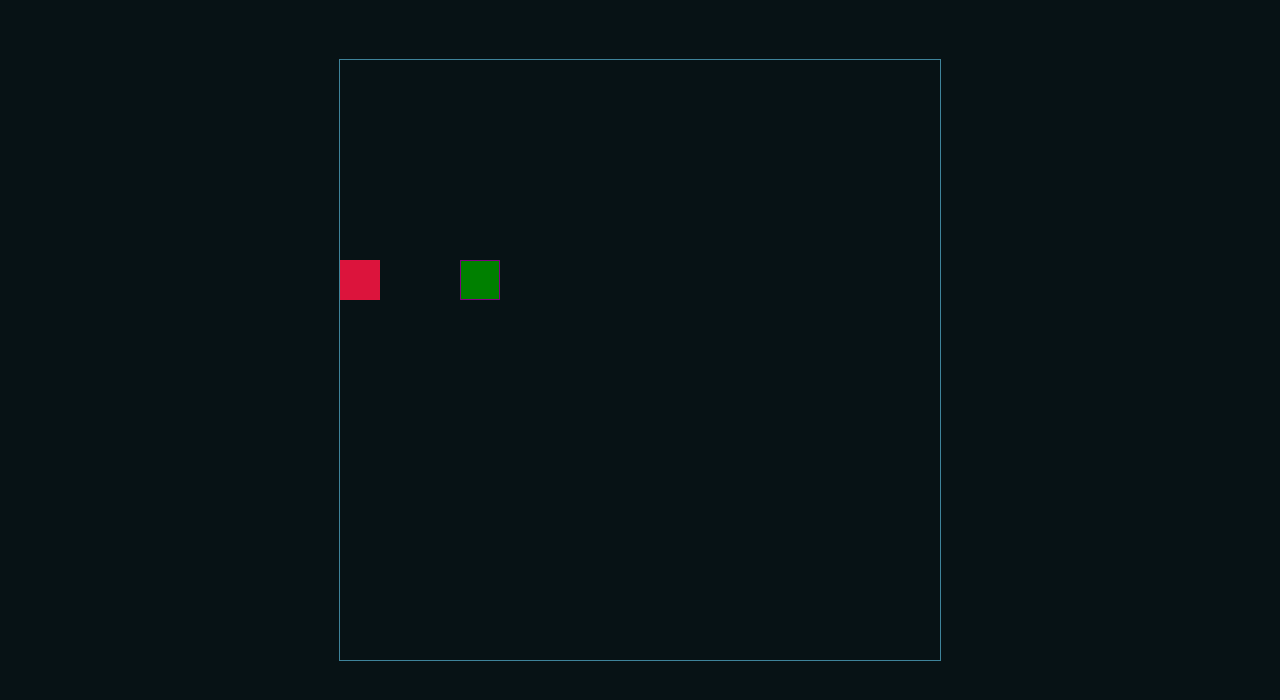
Repository: rehans-Life/linkedlist-snake-game
Page: /
These files come from the project's save history. The page is drawn as it stood at one moment and after the next save; the edit follows.
The browser window is 1280 px wide. The pictures show the whole page.
The project was rebuilt for these pictures with package versions that can differ from the ones it lists, and the page was loaded fresh each time. The framework's server and built-in components were replaced by stand-ins that run in the browser. Also part of the build but not shown: next.config.js.

Above is the page before, as saved 2023-04-16 00:09:41.

### pages/index.js
import Head from "next/head";
import styles from "../styles/Home.module.css";
import Board from "../components/Board";

export default function Home() {
  return (
    <div className={styles.container}>
      <Head>
        <title>Linked List Snake Game</title>
        <meta name="description" content="linked list snake game" />
        <link rel="icon" href="/favicon.ico" />
      </Head>
      <Board />
    </div>
  );
}

### styles/globals.css
html,
body {
  padding: 0;
  margin: 0;
  font-family: -apple-system, BlinkMacSystemFont, Segoe UI, Roboto, Oxygen,
    Ubuntu, Cantarell, Fira Sans, Droid Sans, Helvetica Neue, sans-serif;
}

a {
  color: inherit;
  text-decoration: none;
}

* {
  box-sizing: border-box;
}

button {
  margin: 0;
  padding: 0;
}

### styles/Home.module.css
.container {
  background-color: rgb(7, 18, 21);
  height: 100vh;
  display: flex;
  align-items: center;
  justify-content: center;
}

.board {
  border: 1px solid rgb(62, 131, 154);
}

.row {
  display: flex;
  align-items: center;
  justify-content: center;
}

.cell {
  width: 40px;
  height: 40px;
}

.snake_cell {
  background-color: green;
  border: 1px solid purple;
}

.food_cell {
  background-color: crimson;
}

.reverse_cell {
  background-color: purple;
}

### components/Board.jsx
/* eslint-disable react-hooks/exhaustive-deps */
import React, { useEffect, useState } from "react";
import styles from "../styles/Home.module.css";
import { createBoard, randomIntInIntervel } from "../utils";

const BOARD_SIZE = 10;

// A Class to represent each node of the linked list
class Node {
  constructor(value, row, col) {
    this.value = value;
    this.row = row;
    this.col = col;
    this.next = null;
  }
}

// A class to represent the singly linked list
class SinglyLinkedList {
  constructor(head) {
    let node = new Node(head.value, head.row, head.col);
    this.head = node;
    this.tail = node;
  }
}

const Direction = {
  UP: "UP",
  RIGHT: "RIGHT",
  DOWN: "DOWN",
  LEFT: "LEFT",
};

export default function Board() {
  const [board, setBoard] = useState(createBoard(15));

  // A set to store the values of all snake cells intially our snake will be of size
  // one cell and start from the 44th cells.
  const [snakeCells, setSnakeCells] = useState(new Set([80]));

  // A linked list for our snake initally going to have only one node which
  // is at cell 44.
  const [linkedlist, setLinkedList] = useState(
    new SinglyLinkedList({ value: 80, row: 5, col: 4 })
  );

  const [foodCell, setFoodCell] = useState(85);
  const [direction, setDirection] = useState(Direction.RIGHT);

  const [reverseLinkedList, setReverseLinkedList] = useState(false);

  useEffect(() => {
    window.addEventListener("keydown", (e) => {
      handleKeyDown(e.key);
    });
    let gameStartInternal = setInterval(() => {
      setLinkedList((currLinkedList) => moveLinkedList(currLinkedList));
    }, 250);
    return () => {
      clearInterval(gameStartInternal);
    };
  }, [direction, foodCell, snakeCells]);

  useEffect(() => {
    setSnakeCells((currSnakeCells) => moveSnakeCells(currSnakeCells));
  }, [linkedlist]);

  function handleKeyDown(key) {
    const direction = getDirectionFromKey(key);
    if (direction === "") return;
    setDirection(direction);
  }

  const getDirectionFromKey = (key) => {
    if (key === "ArrowUp") return Direction.UP;
    if (key === "ArrowRight") return Direction.RIGHT;
    if (key === "ArrowDown") return Direction.DOWN;
    if (key === "ArrowLeft") return Direction.LEFT;
    return "";
  };

  function moveLinkedList(originalLinkedlist) {
    let linkedList = copyLinkedList(originalLinkedlist);
    let currHead = linkedList.head;
    let newHead = createNewNodeInDirection(board, currHead);

    if (!newHead) {
      setFoodCell(85);
      setDirection(Direction.RIGHT);
      return new SinglyLinkedList({ value: 80, row: 5, col: 4 });
    }

    currHead.next = newHead;
    if (newHead.value === foodCell) {
      if (reverseLinkedList) {
        let reversedLinkedList = createReverseLinkedList(linkedList);
        let newDirection =
          direction === "RIGHT"
            ? "LEFT"
            : direction === "LEFT"
            ? "RIGHT"
            : direction === "UP"
            ? "DOWN"
            : "UP";
        setDirection(newDirection);
        while (true) {
          let newFoodCell = randomIntInIntervel(1, board[14][14]);
          if (!snakeCells.has(newFoodCell)) {
            setReverseLinkedList(Math.random() < 0.3);
            setFoodCell(newFoodCell);
            break;
          }
        }
        return { head: reversedLinkedList.head, tail: currHead };
      }

      let growthCell = createNewNodeForGrowth(board, linkedList.tail);
      let temp = linkedList.tail;
      linkedList.tail = growthCell;
      linkedList.tail.next = temp;

      while (true) {
        let newFoodCell = randomIntInIntervel(1, board[14][14]);
        if (!snakeCells.has(newFoodCell)) {
          setReverseLinkedList(Math.random() < 0.3);
          setFoodCell(newFoodCell);
          break;
        }
      }
    }
    return { head: newHead, tail: linkedList.tail.next };
  }

  function createReverseLinkedList(linkedList) {
    let tail = linkedList.tail;
    let curr = null;
    let prev = tail;

    while (prev) {
      let temp = prev.next;
      prev.next = curr;
      curr = prev;
      prev = temp;
    }

    return { head: tail, tail: curr };
  }

  function createNewNodeForGrowth(board, currTail) {
    let newTail;
    if (direction === "LEFT")
      newTail = new Node(
        board[currTail.row][currTail.col + 1],
        currTail.row,
        currTail.col + 1
      );
    else if (direction === "RIGHT")
      newTail = new Node(
        board[currTail.row][currTail.col - 1],
        currTail.row,
        currTail.col - 1
      );
    else if (direction === "DOWN") {
      if (currTail.row - 1 < 0) {
        newTail = new Node(
          board[currTail.row + 1][currTail.col],
          currTail.row + 1,
          currTail.col
        );
      } else {
        newTail = new Node(
          board[currTail.row - 1][currTail.col],
          currTail.row - 1,
          currTail.col
        );
      }
    } else if (direction === "UP") {
      if (currTail.row + 1 >= 15) {
        newTail = new Node(
          board[currTail.row - 1][currTail.col],
          currTail.row - 1,
          currTail.col
        );
      } else {
        newTail = new Node(
          board[currTail.row + 1][currTail.col],
          currTail.row + 1,
          currTail.col
        );
      }
    }

    return newTail;
  }

  function createNewNodeInDirection(board, currHead) {
    let newHead = false;
    if (
      direction === "LEFT" &&
      currHead.col - 1 >= 0 &&
      !snakeCells.has(board[currHead.row][currHead.col - 1])
    )
      newHead = new Node(
        board[currHead.row][currHead.col - 1],
        currHead.row,
        currHead.col - 1
      );
    else if (
      direction === "RIGHT" &&
      currHead.col + 1 < 15 &&
      !snakeCells.has(board[currHead.row][currHead.col + 1])
    )
      newHead = new Node(
        board[currHead.row][currHead.col + 1],
        currHead.row,
        currHead.col + 1
      );
    else if (
      direction === "DOWN" &&
      currHead.row + 1 < 15 &&
      !snakeCells.has(board[currHead.row + 1][currHead.col])
    )
      newHead = new Node(
        board[currHead.row + 1][currHead.col],
        currHead.row + 1,
        currHead.col
      );
    else if (
      direction === "UP" &&
      currHead.row - 1 >= 0 &&
      !snakeCells.has(board[currHead.row - 1][currHead.col])
    )
      newHead = new Node(
        board[currHead.row - 1][currHead.col],
        currHead.row - 1,
        currHead.col
      );
    return newHead;
  }

  function copyLinkedList(linkedList) {
    let node = linkedList.tail;
    let newNode = new Node(node.value, node.row, node.col);
    let newTail = newNode;
    while (node.next) {
      let next = node.next;
      let newNext = new Node(next.value, next.row, next.col);
      node = next;
      newNode.next = newNext;
      newNode = newNext;
    }
    return {
      head: newNode,
      tail: newTail,
    };
  }

  function moveSnakeCells() {
    let movedSnake = [];
    let node = linkedlist.tail;

    while (node) {
      movedSnake.push(node.value);
      node = node.next;
    }
    movedSnake.reverse();
    return new Set(movedSnake);
  }

  return (
    <div className={styles.board}>
      {board.map((row, i) => (
        <div key={i} className={styles.row}>
          {row.map((value, j) => (
            <div
              key={j}
              className={`${styles.cell} ${
                snakeCells.has(value)
                  ? styles.snake_cell
                  : reverseLinkedList && value === foodCell
                  ? styles.reverse_cell
                  : value === foodCell
                  ? styles.food_cell
                  : ""
              }`}
            ></div>
          ))}
        </div>
      ))}
    </div>
  );
}

### utils.js
export const randomIntInIntervel = (max, min) => {
  return Math.floor(Math.random() * (max - min + 1)) + min;
};

export const createBoard = (board_size) => {
  // All the cells which have a certain value assigned to them
  let board = [];
  let counter = 1;
  for (let i = 0; i < board_size; i++) {
    let row = [];
    for (let j = 0; j < board_size; j++) row.push(counter++);
    board.push(row);
  }
  return board;
};

Loaded but not shown: pages/_app.js (common file)

After the next save:
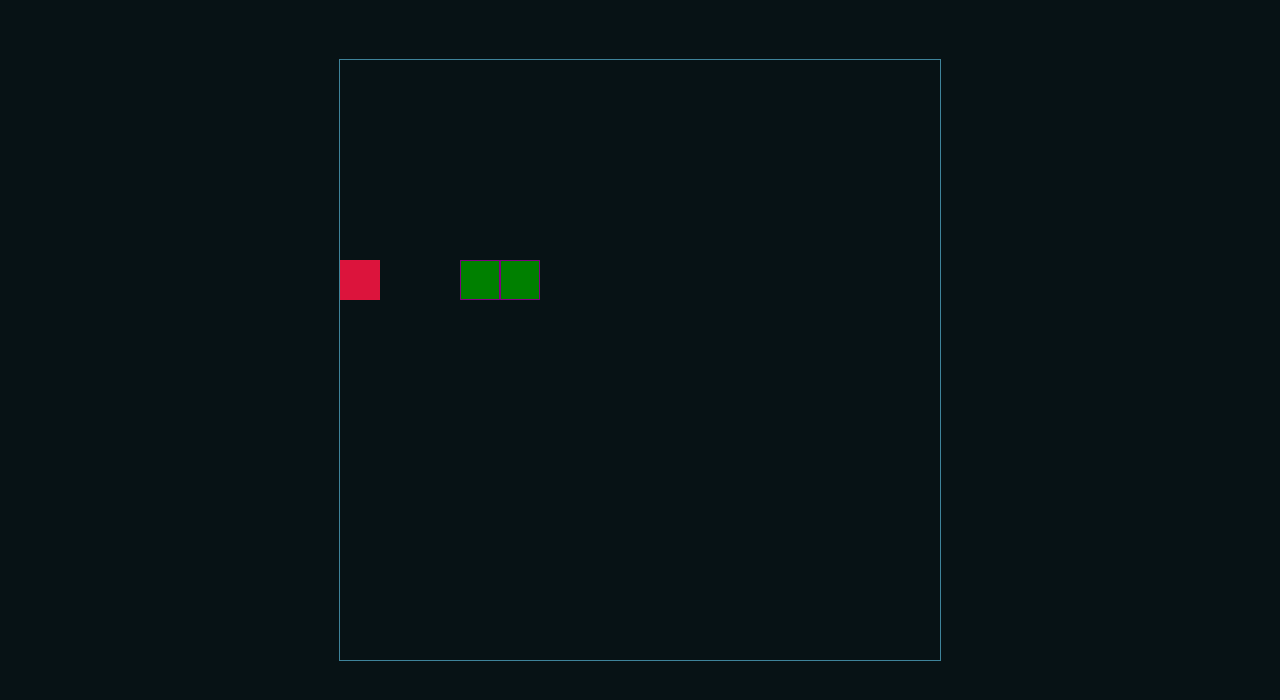
Saved 76 s later.
--- a/components/Board.jsx
+++ b/components/Board.jsx
@@ -111,7 +111,7 @@
             break;
           }
         }
-        return { head: reversedLinkedList.head, tail: currHead };
+        return { head: reversedLinkedList.head, tail: newHead };
       }
 
       let growthCell = createNewNodeForGrowth(board, linkedList.tail);

After the save that followed:
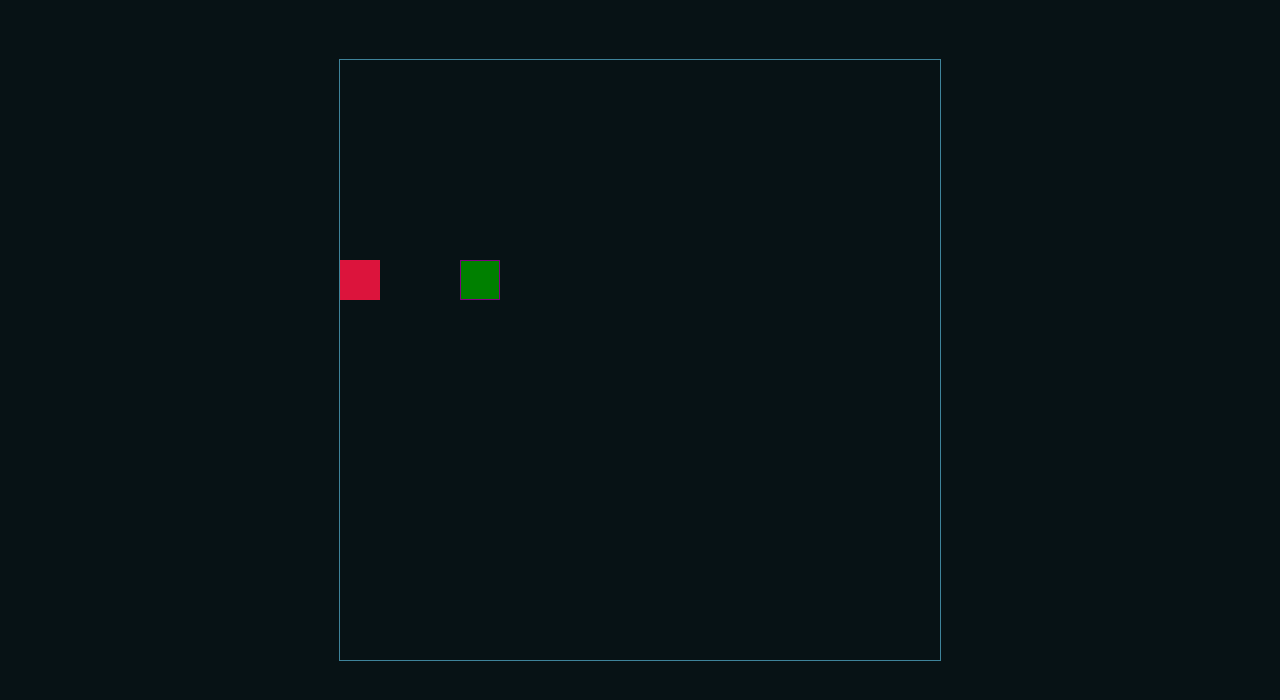
Saved 101 s later.
--- a/components/Board.jsx
+++ b/components/Board.jsx
@@ -111,7 +111,7 @@
             break;
           }
         }
-        return { head: reversedLinkedList.head, tail: newHead };
+        return { head: reversedLinkedList.head, tail: currHead };
       }
 
       let growthCell = createNewNodeForGrowth(board, linkedList.tail);
